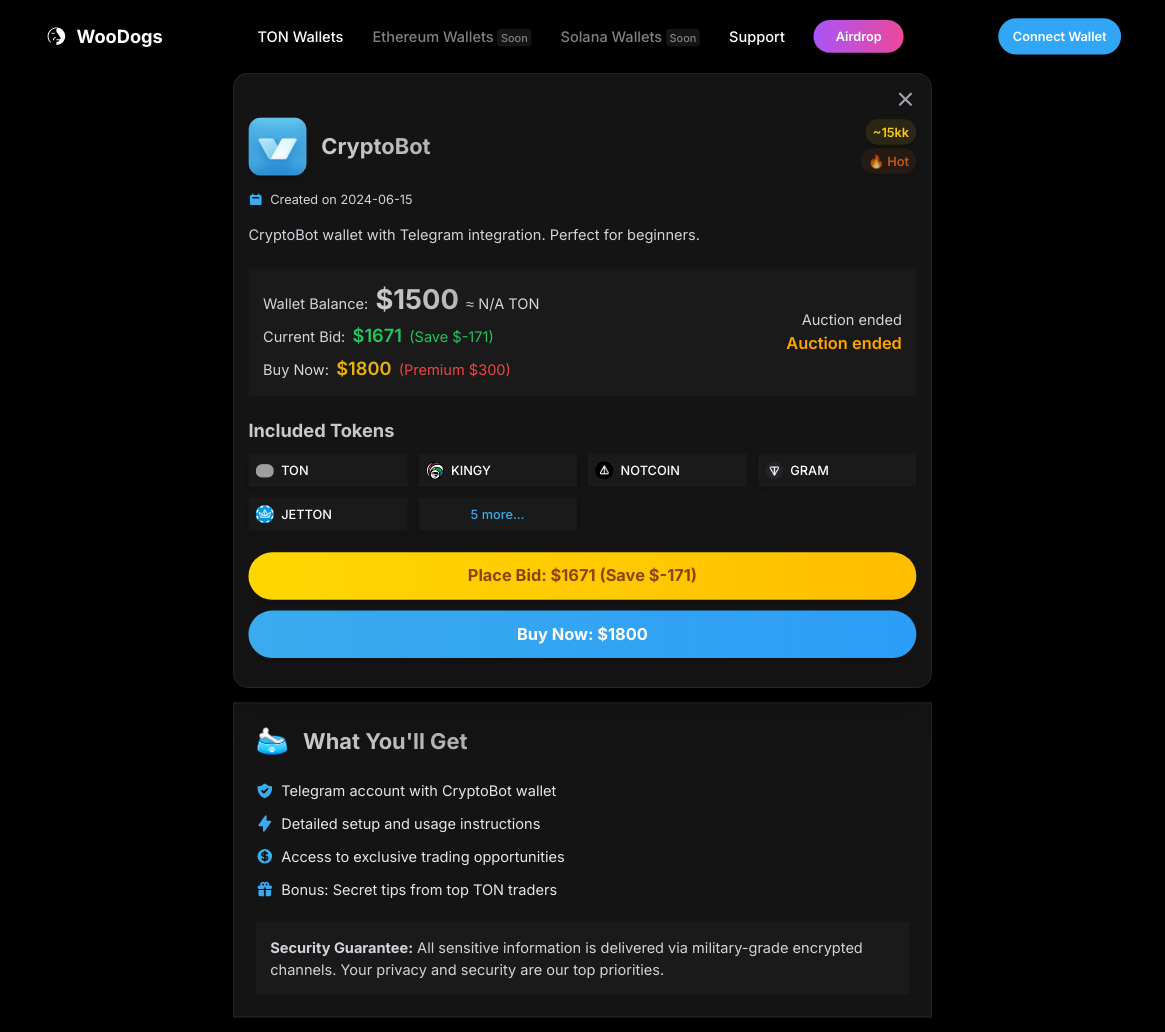
Repository: itititi/woofdogs_off
Page: /wallet/cryptobot-1
These files come from the project's save history. The page is drawn as it stood at one moment and after the next save; the edit follows.
The browser window is 1280 px wide. The pictures show the whole page, at 91% of full size.
Pictures or frames that could not be fetched are drawn as grey boxes. The page's requests for data from a server got no answer. The project was rebuilt for these pictures with package versions that can differ from the ones it lists, and the page was loaded fresh each time. The framework's server and built-in components were replaced by stand-ins that run in the browser. No one was signed in, and anything a server would have sent is missing. Also part of the build but not shown: next.config.mjs.

Above is the page before, as saved 2024-10-25 22:44:27.

### src/app/layout.tsx
import type { Metadata } from "next";
import { Inter } from "next/font/google";
import "./globals.css";
import { SearchProvider } from '@/components/SearchContext';
import { LanguageProvider } from '@/contexts/LanguageContext';

const inter = Inter({ subsets: ["latin"] });

export const metadata: Metadata = {
  title: "WooDogs",
  description: "Buy and sell TON wallets",
};

export default function RootLayout({
  children,
}: Readonly<{
  children: React.ReactNode;
}>) {
  return (
    <html lang="en" className="bg-black">
      <head>
        <link rel="preload" href="/dogs.gif" as="image" />
        <link rel="preload" href="/invite.gif" as="image" />
        <link rel="preload" href="/flag.gif" as="image" />
        <link rel="preload" href="/history.gif" as="image" />
        <link rel="preload" href="/inside.gif" as="image" />
        <link rel="preload" href="/notfound.gif" as="image" />
        <link rel="preload" href="/dogs.webp" as="image" />
        <link rel="preload" href="/invite.webp" as="image" />
        <link rel="preload" href="/success.gif" as="image" />
      </head>
      <body className={`${inter.className} bg-black text-white min-h-screen overflow-x-hidden`}>
        <LanguageProvider>
          <SearchProvider>
            <div className="bg-black min-h-screen flex flex-col">
              {children}
            </div>
          </SearchProvider>
        </LanguageProvider>
      </body>
    </html>
  );
}

### src/app/wallet/[id]/page.tsx
'use client';

import React, { useEffect, useState, useMemo } from 'react';
import Image from 'next/image';
import { getWalletData } from '@/data/getWalletData';
import { useRouter } from 'next/navigation';
import Header from '@/components/Header';
import WalletSkeleton from '@/components/WalletSkeleton';
import { WalletOffer } from '@/data/walletOffers';

interface WalletPageProps {
  params: {
    id: string;
  };
}

const getWalletContents = (walletName: string) => {
  switch (walletName) {
    case 'CryptoBot':
      return "Telegram account with CryptoBot wallet";
    case 'TON Wallet':
      return "TON Wallet account";
    case 'TON Space':
      return "Seed phrases for TON Space wallet";
    default:
      return "Wallet account details";
  }
};

export default function WalletPage({ params }: WalletPageProps) {
  const [wallet, setWallet] = useState<WalletOffer | null>(null);
  const [tonAmount, setTonAmount] = useState<string>('N/A');
  const [isLoading, setIsLoading] = useState(true);
  const router = useRouter();
  const [timeLeft, setTimeLeft] = useState<string>('');
  const [isAuctionEnded, setIsAuctionEnded] = useState(false);
  const [bidPrice, setBidPrice] = useState<number | null>(null);
  const [blitzPrice, setBlitzPrice] = useState<number | null>(null);

  const additionalTokensCount = useMemo(() => {
    if (!wallet) return 5;
    // Используем id кошелька для генерации псевдослучайного числа
    const seed = params.id.split('').reduce((acc, char) => acc + char.charCodeAt(0), 0);
    return 5 + (seed % 6); // Генерируем число от 5 до 10
  }, [params.id, wallet]);

  const auctionEndTime = useMemo(() => {
    if (typeof window === 'undefined') return 0;
    const storedEndTime = localStorage.getItem(`auctionEndTime_${params.id}`);
    if (storedEndTime) {
      return parseInt(storedEndTime, 10);
    }
    // Если нет сохраненного времени, генерируем новое
    const seed = params.id.split('').reduce((acc, char) => acc + char.charCodeAt(0), 0);
    const random = Math.sin(seed) * 10000;
    const hours = Math.floor(random % 48); // От 0 до 47 часов
    const endTime = Date.now() + hours * 3600000;
    localStorage.setItem(`auctionEndTime_${params.id}`, endTime.toString());
    return endTime;
  }, [params.id]);

  useEffect(() => {
    const fetchData = async () => {
      setIsLoading(true);
      const walletData = await getWalletData(params.id);
      if (!walletData) {
        router.push('/404');
        return;
      }
      setWallet(walletData);

      const storedBidPrice = localStorage.getItem(`bidPrice_${params.id}`);
      if (storedBidPrice) {
        setBidPrice(parseFloat(storedBidPrice));
      } else {
        const newBidPrice = Math.round(walletData.priceUSD * (1.05 + Math.random() * 0.1)); // 105-115% от priceUSD
        setBidPrice(newBidPrice);
        localStorage.setItem(`bidPrice_${params.id}`, newBidPrice.toString());
      }

      try {
        const response = await fetch('https://api.coingecko.com/api/v3/simple/price?ids=the-open-network&vs_currencies=usd');
        const data = await response.json();
        const tonPrice = data['the-open-network'].usd;
        setTonAmount((walletData.priceUSD / tonPrice).toFixed(2));
      } catch (error) {
        console.error('Error fetching TON price:', error);
      }

      // Генерация цен
      const basePrice = walletData.priceUSD;
      setBlitzPrice(Math.round(basePrice * 1.2)); // Блиц-цена еще выше

      setIsLoading(false);
    };

    fetchData();
  }, [params.id, router]);

  useEffect(() => {
    const updateTimer = () => {
      const now = Date.now();
      const difference = auctionEndTime - now;

      if (difference <= 0) {
        setIsAuctionEnded(true);
        setTimeLeft('Auction ended');
      } else {
        const hours = Math.floor((difference / (1000 * 60 * 60)) % 24);
        const minutes = Math.floor((difference / 1000 / 60) % 60);
        const seconds = Math.floor((difference / 1000) % 60);
        setTimeLeft(`${hours.toString().padStart(2, '0')}:${minutes.toString().padStart(2, '0')}:${seconds.toString().padStart(2, '0')}`);
        setIsAuctionEnded(false);
      }
    };

    updateTimer();
    const timer = setInterval(updateTimer, 1000);

    return () => clearInterval(timer);
  }, [auctionEndTime]);

  const handleClose = () => {
    router.push('/');
  };

  if (isLoading) {
    return <WalletSkeleton />;
  }

  if (!wallet) {
    return null;
  }

  const walletContents = getWalletContents(wallet.name);

  return (
    <div className="min-h-screen bg-black text-white flex flex-col">
      <Header />
      <main className="flex-grow py-4 px-4 mt-16 overflow-y-auto">
        <div className="max-w-3xl mx-auto">
          <div className="bg-[#141414] rounded-2xl overflow-hidden shadow-2xl p-4 mb-4 border border-[#2A2A2E] relative">
            <div className="flex justify-end mb-2">
              <button
                onClick={handleClose}
                className="text-gray-400 hover:text-white transition-colors duration-200"
              >
                <svg xmlns="http://www.w3.org/2000/svg" className="h-6 w-6" viewBox="0 0 20 20" fill="currentColor">
                  <path fillRule="evenodd" d="M4.293 4.293a1 1 0 011.414 0L10 8.586l4.293-4.293a1 1 0 111.414 1.414L11.414 10l4.293 4.293a1 1 0 01-1.414 1.414L10 11.414l-4.293 4.293a1 1 0 01-1.414-1.414L8.586 10 4.293 5.707a1 1 0 010-1.414z" clipRule="evenodd" />
                </svg>
              </button>
            </div>
            <div className="flex items-center justify-between mb-4">
              <div className="flex items-center">
                <div className="w-16 h-16 rounded-[22%] overflow-hidden mr-4 shadow-lg">
                  <Image src={wallet.icon} alt={wallet.name} width={64} height={64} className="object-cover" />
                </div>
                <h1 className="text-2xl font-bold titanium-gradient">{wallet.name}</h1>
              </div>
              <div className="flex flex-col items-end">
                <span className="text-yellow-400 font-semibold text-sm bg-yellow-400/10 px-2 py-1 rounded-full shadow-md mb-1">
                  {wallet.priceRange}
                </span>
                {wallet.isHot ? (
                  <span className="text-orange-500 font-semibold text-sm bg-orange-500/10 px-2 py-1 rounded-full shadow-md animate-pulse">
                    🔥 Hot
                  </span>
                ) : (
                  <span className="text-green-500 font-semibold text-sm bg-green-500/10 px-2 py-1 rounded-full shadow-md">
                    🐸 Cool
                  </span>
                )}
              </div>
            </div>

            <div className="flex items-center text-gray-300 mb-4">
              <svg xmlns="http://www.w3.org/2000/svg" className="h-4 w-4 mr-2 text-[#3AABEE]" viewBox="0 0 20 20" fill="currentColor">
                <path fillRule="evenodd" d="M6 2a1 1 0 00-1 1v1H4a2 2 0 00-2 2v10a2 2 0 002 2h12a2 2 0 002-2V6a2 2 0 00-2-2h-1V3a1 1 0 10-2 0v1H7V3a1 1 0 00-1-1zm0 5a1 1 0 000 2h8a1 1 0 100-2H6z" clipRule="evenodd" />
              </svg>
              <span className="text-sm">Created on {wallet.createdAt}</span>
            </div>

            <p className="text-gray-300 text-base mb-6 leading-relaxed">{wallet.description}</p>

            <div className="flex flex-col sm:flex-row sm:justify-between sm:items-center mb-6 bg-[#1A1A1A] p-4 rounded-lg shadow-inner">
              <div className="mb-2 sm:mb-0">
                <div className="mb-2">
                  <span className="text-sm sm:text-base text-gray-300">Wallet Balance:</span>
                  <span className="text-2xl sm:text-3xl font-bold titanium-gradient ml-2">${wallet.priceUSD}</span>
                  <span className="text-sm sm:text-base text-gray-300 ml-2">
                    ≈ {tonAmount} TON
                  </span>
                </div>
                <div className="mb-2">
                  <span className="text-sm sm:text-base text-gray-300">Current Bid:</span>
                  <span className="text-lg sm:text-xl font-semibold text-green-500 ml-2">${bidPrice}</span>
                  <span className="text-sm sm:text-base text-green-500 ml-2">
                    (Save ${wallet.priceUSD - bidPrice})
                  </span>
                </div>
                <div>
                  <span className="text-sm sm:text-base text-gray-300">Buy Now:</span>
                  <span className="text-lg sm:text-xl font-semibold text-yellow-500 ml-2">${blitzPrice}</span>
                  <span className="text-sm sm:text-base text-red-500 ml-2">
                    (Premium ${blitzPrice - wallet.priceUSD})
                  </span>
                </div>
              </div>
              <div className="flex flex-col items-start sm:items-end">
                <span className="text-gray-300 text-sm sm:text-base">
                  {isAuctionEnded ? 'Auction ended' : 'Auction ends in:'}
                </span>
                <span className="font-semibold text-base sm:text-lg text-[#FFA500]">
                  {timeLeft}
                </span>
              </div>
            </div>

            {/* Tokens list */}
            <div className="mb-6">
              <h3 className="text-lg sm:text-xl font-bold titanium-gradient mb-3">Included Tokens</h3>
              <div className="grid grid-cols-3 sm:grid-cols-4 gap-2 sm:gap-3">
                {wallet.tokens.map((tokenData, index) => (
                  <div key={index} className="bg-[#1A1A1A] rounded-lg p-2 flex items-center shadow-md">
                    <Image
                      src={tokenData.token.logo}
                      alt={tokenData.token.name}
                      width={20}
                      height={20}
                      className="rounded-full mr-2"
                    />
                    <span className="font-medium text-xs sm:text-sm">{tokenData.token.symbol}</span>
                  </div>
                ))}
                <div className="bg-[#1A1A1A] rounded-lg p-2 flex items-center justify-center shadow-md">
                  <span className="font-medium text-xs sm:text-sm text-[#3AABEE]">
                    {additionalTokensCount} more...
                  </span>
                </div>
              </div>
            </div>

            <div className="flex flex-col gap-3 mb-4">
              <button
                className="w-full bg-gradient-to-r from-[#FFD700] to-[#FFA500] text-[#8B4513] text-lg font-bold py-3 px-6 rounded-full hover:brightness-110 transition-all duration-300 shadow-lg hover:shadow-xl"
              >
                Place Bid: ${bidPrice} (Save ${wallet.priceUSD - bidPrice})
              </button>
              <button
                className="w-full bg-gradient-to-r from-[#3AABEE] to-[#1E90FF] text-white text-lg font-bold py-3 px-6 rounded-full hover:brightness-110 transition-all duration-300 shadow-lg hover:shadow-xl"
              >
                Buy Now: ${blitzPrice}
              </button>
            </div>
          </div>

          {/* Card for wallet contents */}
          <div className="bg-[#141414] rounded-lg overflow-hidden shadow-2xl p-4 sm:p-6 border border-[#2A2A2E]">
            <div className="flex items-center mb-4 sm:mb-6">
              <Image
                src="/inside.gif"
                alt="What's Inside"
                width={36}
                height={36}
                className="mr-3 sm:mr-4"
              />
              <h2 className="text-xl sm:text-2xl font-bold titanium-gradient">What You'll Get</h2>
            </div>
            <ul className="space-y-3 text-gray-200 text-sm sm:text-base mb-6">
              <li className="flex items-center">
                <svg xmlns="http://www.w3.org/2000/svg" className="h-5 w-5 mr-2 text-[#3AABEE]" viewBox="0 0 20 20" fill="currentColor">
                  <path fillRule="evenodd" d="M2.166 4.999A11.954 11.954 0 0010 1.944 11.954 11.954 0 0017.834 5c.11.65.166 1.32.166 2.001 0 5.225-3.34 9.67-8 11.317C5.34 16.67 2 12.225 2 7c0-.682.057-1.35.166-2.001zm11.541 3.708a1 1 0 00-1.414-1.414L9 10.586 7.707 9.293a1 1 0 00-1.414 1.414l2 2a1 1 0 001.414 0l4-4z" clipRule="evenodd" />
                </svg>
                <span>{walletContents}</span>
              </li>
              <li className="flex items-center">
                <svg xmlns="http://www.w3.org/2000/svg" className="h-5 w-5 mr-2 text-[#3AABEE]" viewBox="0 0 20 20" fill="currentColor">
                  <path fillRule="evenodd" d="M11.3 1.046A1 1 0 0112 2v5h4a1 1 0 01.82 1.573l-7 10A1 1 0 018 18v-5H4a1 1 0 01-.82-1.573l7-10a1 1 0 011.12-.38z" clipRule="evenodd" />
                </svg>
                <span>Detailed setup and usage instructions</span>
              </li>
              <li className="flex items-center">
                <svg xmlns="http://www.w3.org/2000/svg" className="h-5 w-5 mr-2 text-[#3AABEE]" viewBox="0 0 20 20" fill="currentColor">
                  <path d="M8.433 7.418c.155-.103.346-.196.567-.267v1.698a2.305 2.305 0 01-.567-.267C8.07 8.34 8 8.114 8 8c0-.114.07-.34.433-.582zM11 12.849v-1.698c.22.071.412.164.567.267.364.243.433.468.433.582 0 .114-.07.34-.433.582a2.305 2.305 0 01-.567.267z" />
                  <path fillRule="evenodd" d="M10 18a8 8 0 100-16 8 8 0 000 16zm1-13a1 1 0 10-2 0v.092a4.535 4.535 0 00-1.676.662C6.602 6.234 6 7.009 6 8c0 .99.602 1.765 1.324 2.246.48.32 1.054.545 1.676.662v1.941c-.391-.127-.68-.317-.843-.504a1 1 0 10-1.51 1.31c.562.649 1.413 1.076 2.353 1.253V15a1 1 0 102 0v-.092a4.535 4.535 0 001.676-.662C13.398 13.766 14 12.991 14 12c0-.99-.602-1.765-1.324-2.246A4.535 4.535 0 0011 9.092V7.151c.391.127.68.317.843.504a1 1 0 101.511-1.31c-.563-.649-1.413-1.076-2.354-1.253V5z" clipRule="evenodd" />
                </svg>
                <span>Access to exclusive trading opportunities</span>
              </li>
              <li className="flex items-center">
                <svg xmlns="http://www.w3.org/2000/svg" className="h-5 w-5 mr-2 text-[#3AABEE]" viewBox="0 0 20 20" fill="currentColor">
                  <path fillRule="evenodd" d="M5 5a3 3 0 015-2.236A3 3 0 0114.83 6H16a2 2 0 110 4h-5V9a1 1 0 10-2 0v1H4a2 2 0 110-4h1.17C5.06 5.687 5 5.35 5 5zm4 1V5a1 1 0 10-1 1h1zm3 0a1 1 0 10-1-1v1h1z" clipRule="evenodd" />
                  <path d="M9 11H3v5a2 2 0 002 2h4v-7zM11 18h4a2 2 0 002-2v-5h-6v7z" />
                </svg>
                <span>Bonus: Secret tips from top TON traders</span>
              </li>
            </ul>
            <p className="text-gray-300 text-sm sm:text-base bg-[#1A1A1A] p-3 sm:p-4 rounded-lg">
              <strong>Security Guarantee:</strong> All sensitive information is delivered via military-grade encrypted channels. Your privacy and security are our top priorities.
            </p>
          </div>
        </div>
      </main>
      <style jsx global>{`
        .titanium-gradient {
          background: linear-gradient(
            45deg,
            #E8E8E8,
            #D3D3D3,
            #BEBEBE,
            #A9A9A9
          );
          background-size: 200% 200%;
          -webkit-background-clip: text;
          background-clip: text;
          color: transparent;
          animation: titanium 10s ease infinite;
        }

        @keyframes titanium {
          0% {
            background-position: 0% 50%;
          }
          50% {
            background-position: 100% 50%;
          }
          100% {
            background-position: 0% 50%;
          }
        }
      `}</style>
    </div>
  );
}

### src/components/SearchContext.tsx
'use client';

import React, { createContext, useState, useContext, ReactNode } from 'react';

interface SearchContextType {
  searchTerm: string;
  setSearchTerm: (term: string) => void;
}

const SearchContext = createContext<SearchContextType | undefined>(undefined);

export const SearchProvider: React.FC<{ children: ReactNode }> = ({ children }) => {
  const [searchTerm, setSearchTerm] = useState('');

  return (
    <SearchContext.Provider value={{ searchTerm, setSearchTerm }}>
      {children}
    </SearchContext.Provider>
  );
};

export const useSearch = () => {
  const context = useContext(SearchContext);
  if (context === undefined) {
    throw new Error('useSearch must be used within a SearchProvider');
  }
  return context;
};

### src/contexts/LanguageContext.tsx
'use client';

import React, { createContext, useState, useContext, useEffect, ReactNode } from 'react';

type LanguageContextType = {
  language: string;
  setLanguage: (lang: string) => void;
};

const LanguageContext = createContext<LanguageContextType | undefined>(undefined);

export const useLanguage = () => {
  const context = useContext(LanguageContext);
  if (context === undefined) {
    throw new Error('useLanguage must be used within a LanguageProvider');
  }
  return context;
};

export const LanguageProvider: React.FC<{ children: ReactNode }> = ({ children }) => {
  const [language, setLanguage] = useState('en'); // Устанавливаем английский язык по умолчанию

  useEffect(() => {
    const savedLanguage = localStorage.getItem('language');
    if (savedLanguage) {
      setLanguage(savedLanguage);
    } else {
      // Если язык не сохранен, устанавливаем английский и сохраняем его
      localStorage.setItem('language', 'en');
    }
  }, []);

  const handleSetLanguage = (lang: string) => {
    setLanguage(lang);
    localStorage.setItem('language', lang);
  };

  return (
    <LanguageContext.Provider value={{ language, setLanguage: handleSetLanguage }}>
      {children}
    </LanguageContext.Provider>
  );
};

### src/data/getWalletData.ts
import { finalWalletOffers, WalletOffer } from './walletOffers';

export async function getWalletData(id: string): Promise<WalletOffer | null> {
  // Имитация задержки запроса к API
  await new Promise(resolve => setTimeout(resolve, 100));

  const wallet = finalWalletOffers.find(offer => offer.id === id);
  return wallet || null;
}

### src/data/tonTokens.ts
export interface TonToken {
  symbol: string;
  name: string;
  logo: string;
}

export const tonTokens: TonToken[] = [
  { symbol: 'TON', name: 'Toncoin', logo: 'https://ton.org/download/ton_symbol.png' },
  { symbol: 'KINGY', name: 'Kingycoin', logo: 'https://placehold.co/32x32?text=KINGY' },
  { symbol: 'NOTCOIN', name: 'Notcoin', logo: 'https://placehold.co/32x32?text=NOTCOIN' },
  { symbol: 'BOLT', name: 'Bolt', logo: 'https://placehold.co/32x32?text=BOLT' },
  { symbol: 'GRAM', name: 'Gram', logo: 'https://placehold.co/32x32?text=GRAM' },
  { symbol: 'JETTON', name: 'Jetton', logo: 'https://placehold.co/32x32?text=JETTON' },
  { symbol: 'TONEX', name: 'TonEx', logo: 'https://placehold.co/32x32?text=TONEX' },
  { symbol: 'SCALE', name: 'Scale', logo: 'https://placehold.co/32x32?text=SCALE' },
  { symbol: 'ORBIT', name: 'Orbit', logo: 'https://placehold.co/32x32?text=ORBIT' },
  { symbol: 'TEGRO', name: 'Tegro', logo: 'https://placehold.co/32x32?text=TEGRO' },
  // Добавьте еще токены по необходимости
];

Loaded but not shown: src/components/Header.tsx (211 lines, source omitted); src/app/globals.css (349 lines, source omitted); src/data/walletOffers.ts (183 lines, source omitted); src/components/WalletSkeleton.tsx (77 lines, source omitted); tailwind.config.ts (82 lines, source omitted)

After the next save:
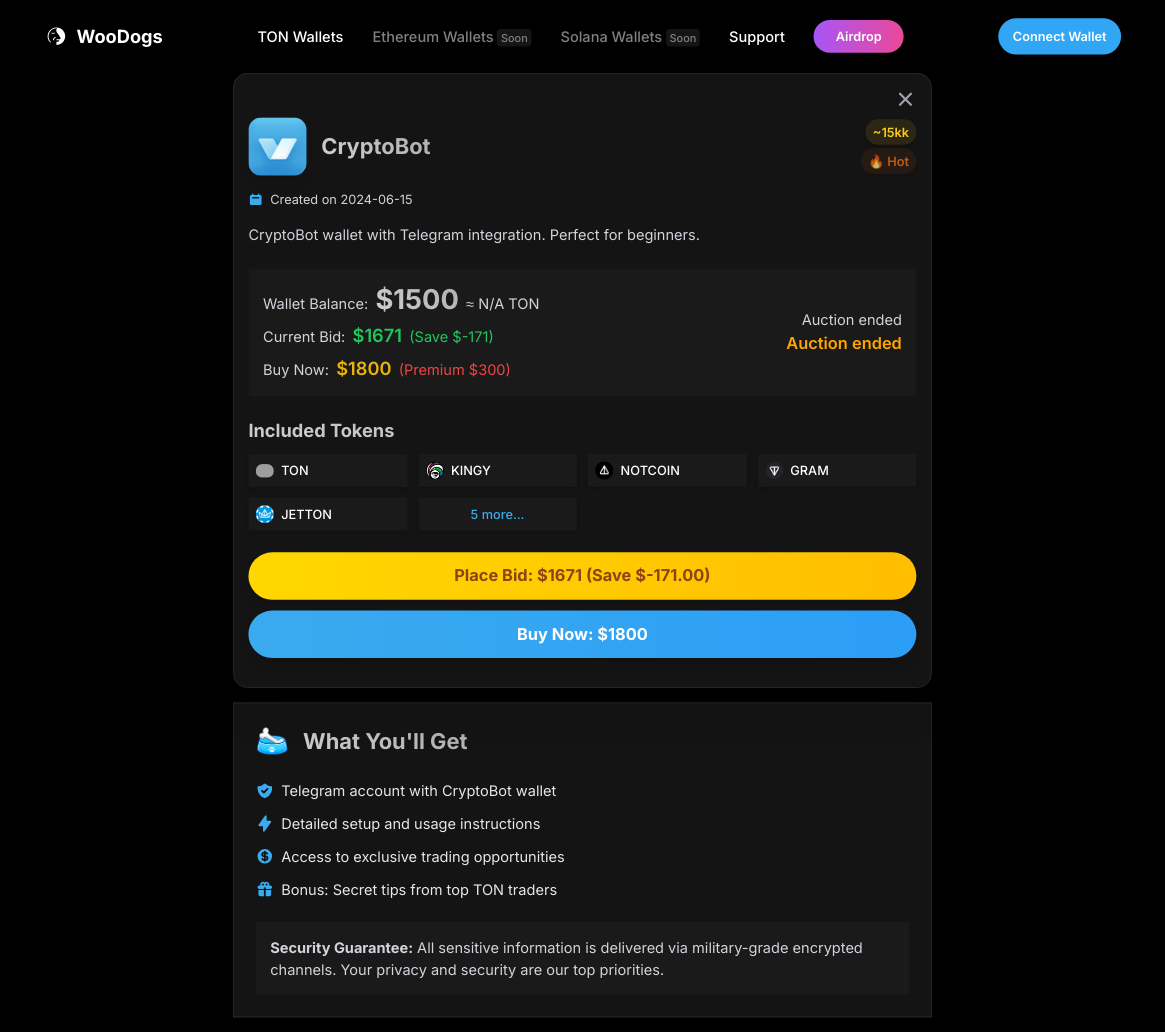
Saved 113 s later.
--- a/src/app/wallet/[id]/page.tsx
+++ b/src/app/wallet/[id]/page.tsx
@@ -244,12 +244,12 @@
               <button
                 className="w-full bg-gradient-to-r from-[#FFD700] to-[#FFA500] text-[#8B4513] text-lg font-bold py-3 px-6 rounded-full hover:brightness-110 transition-all duration-300 shadow-lg hover:shadow-xl"
               >
-                Place Bid: ${bidPrice} (Save ${wallet.priceUSD - bidPrice})
+                Place Bid: ${bidPrice ?? 'N/A'} {bidPrice !== null && `(Save $${(wallet.priceUSD - bidPrice).toFixed(2)})`}
               </button>
               <button
                 className="w-full bg-gradient-to-r from-[#3AABEE] to-[#1E90FF] text-white text-lg font-bold py-3 px-6 rounded-full hover:brightness-110 transition-all duration-300 shadow-lg hover:shadow-xl"
               >
-                Buy Now: ${blitzPrice}
+                Buy Now: ${blitzPrice ?? 'N/A'}
               </button>
             </div>
           </div>
